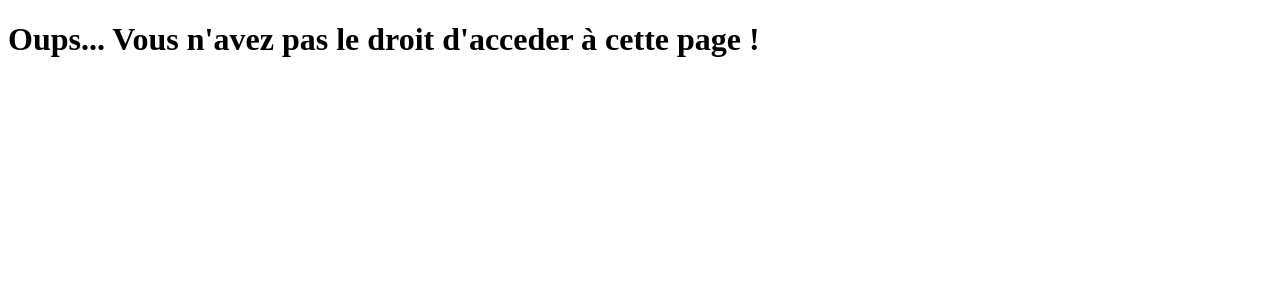
Repository: ZacZacovi4/projet_v2
Page: http://localhost/template/public/403.html.php
The author's editor kept a copy of each file at every save. The page is drawn from the files as they stood at one save, then again after the next save.
The browser window is 1280 px wide. The pictures show the whole page.
The page is run by PHP 8.4 with error messages shown; the project is at /var/www/html/.

Above is the page before, as saved 2025-05-19 15:34:08.

### template/public/403.html.php
<!DOCTYPE html>
<html lang="en">

<head>
    <meta charset="UTF-8">
    <meta name="viewport" content="width=device-width, initial-scale=1.0">
    <title>Document</title>
</head>

<body>
    <h1>Oups... Vous n'avez pas le droit d'acceder à cette page !</h1>
</body>

</html>

After the next save:
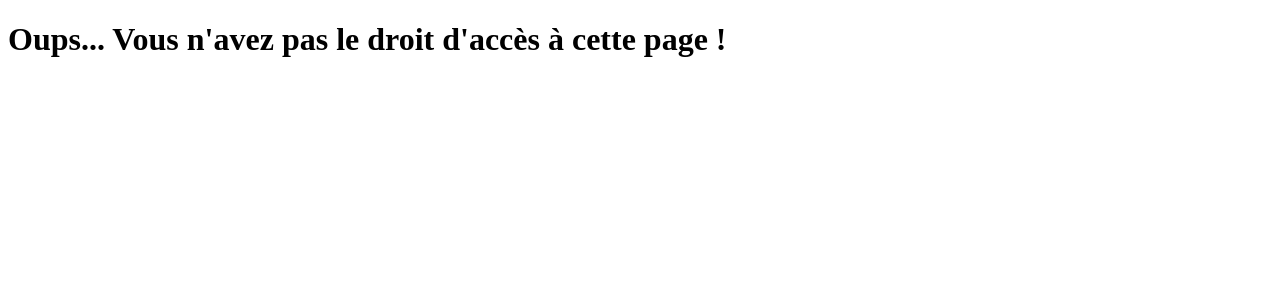
Saved 80 min 33 s later.
--- a/template/public/403.html.php
+++ b/template/public/403.html.php
@@ -8,7 +8,7 @@
 </head>
 
 <body>
-    <h1>Oups... Vous n'avez pas le droit d'acceder à cette page !</h1>
+    <h1>Oups... Vous n'avez pas le droit d'accès à cette page !</h1>
 </body>
 
 </html>
